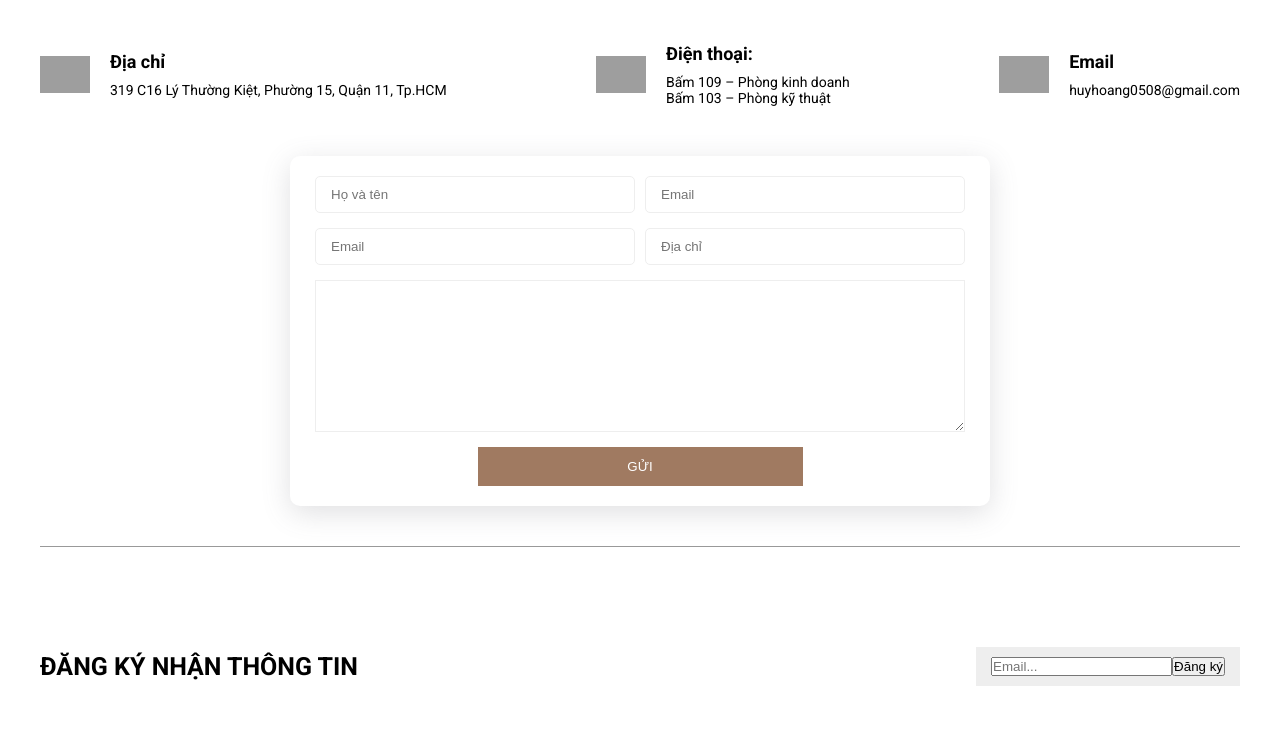
Repository: web345/WEBNANGCAO-clock-
Page: contact.html
These files come from the project's save history. The page is drawn as it stood at one moment and after the next save; the edit follows.
The browser window is 1280 px wide. The pictures show the part of the page from y = 678 to 1414 px (the page is 1414 px tall).
Pictures or frames that could not be fetched are drawn as grey boxes. Some web libraries are served in a nearby version.

Above is the page before, as saved 2021-09-10 20:51:05.

### contact.html
<!DOCTYPE html>
<html lang="en">
  <head>
    <meta charset="UTF-8" />
    <meta http-equiv="X-UA-Compatible" content="IE=edge" />
    <meta name="viewport" content="width=device-width, initial-scale=1.0" />
    <title>Document</title>
    <link rel="preconnect" href="https://fonts.gstatic.com" />
    <link
      href="https://fonts.googleapis.com/css2?family=Roboto:ital,wght@0,100;0,300;0,400;0,500;0,700;0,900;1,100;1,300;1,400;1,500;1,700;1,900&display=swap"
      rel="stylesheet"
    />
    <link rel="stylesheet" href="./CSS/index.css" />
    <link rel="stylesheet" href="./CSS/contact.css" />
    <link
      rel="stylesheet"
      href="https://cdnjs.cloudflare.com/ajax/libs/font-awesome/5.15.3/css/all.min.css"
    />
    <!-- thư viện slick slider  -->
    <link
      rel="stylesheet"
      type="text/css"
      href="//cdn.jsdelivr.net/npm/slick-carousel@1.8.1/slick/slick.css"
    />
  </head>
  <body>
    <header>
      <div class="header-1">
        <div class="container">
          <div class="header-1-s">
            <div class="header-1-item-1">
              <p class="header-1-item-text-1">
                <i class="fas fa-map-marker-alt icon"></i> 319 - C16 Lý Thường
                Kiệt, P.15, Q.11, Tp.HCM
              </p>
              <p class="header-1-item-text-1">
                <i class="fas fa-phone-alt icon"></i>
                <a href="" class="header-1-item-text-link">076 922 0162</a>
              </p>
            </div>
            <div class="header-1-item-1">
              <p class="header-1-item-text-2">
                <a href="" class="header-1-item-text-link"
                  ><i class="fab fa-facebook-f"></i
                ></a>
              </p>
              <p class="header-1-item-text-2">
                <a href="" class="header-1-item-text-link"
                  ><i class="fab fa-instagram"></i
                ></a>
              </p>
              <p class="header-1-item-text-2">
                <a href="" class="header-1-item-text-link"
                  ><i class="fab fa-twitter"></i
                ></a>
              </p>
            </div>
          </div>
        </div>
      </div>

      <div class="header-2">
        <div class="container">
          <div class="header-2-s">
            <div class="header-2-logo">
              <img src="./logo/logo-mona-2.png" alt="" />
            </div>

            <div class="header-2-search">
              <input type="text" placeholder="Tìm kiếm" />
              <button type="submit"><i class="fas fa-search"></i></button>
            </div>

            <div class="header-2-right">
              <p class="header-2-right-text">
                <a href=""><i class="fas fa-heart"></i></a>
              </p>
              <p class="header-2-right-cart">
                <span class="header-2-right-number">0</span>
              </p>
            </div>
          </div>
        </div>
      </div>

      <!-- lam phan icon de dropmenu khi responsive -->
      <input type="checkbox" id="toggle-menu" />
      <label for="toggle-menu" class="header-icon-responsive">
        <i class="fas fa-bars" id="header-icon1"></i>
        <i class="fas fa-times" id="header-icon2"></i>
      </label>
      <div class="header-3">
        <div class="header-3-s">
          <ul class="header-3-list">
            <li class="header-3-list-item active">
              <a href="./index.html" class="header-3-list-item-link"
                >Trang chủ</a
              >
            </li>
            <li class="header-3-list-item">
              <a href="./introduce.html" class="header-3-list-item-link"
                >Giới thiệu</a
              >
            </li>
            <li class="header-3-list-item">
              <a href="./product-boy.html" class="header-3-list-item-link"
                >đồng hồ nam</a
              >
            </li>
            <li class="header-3-list-item">
              <a href="./product-girl.html" class="header-3-list-item-link"
                >đồng hồ nữ</a
              >
            </li>
            <li class="header-3-list-item">
              <a href="./news.html" class="header-3-list-item-link">blogs</a>
            </li>
            <li class="header-3-list-item">
              <a href="./contact.html" class="header-3-list-item-link"
                >liên hệ</a
              >
            </li>
            <li class="header-3-list-item">
              <a href="" class="header-3-list-item-link">Đăng nhập</a>
            </li>
            <li class="header-3-list-item header-3-list-item-mobile">
              <div class="header-3-list-item-search">
                <input
                  type="text"
                  name=""
                  id=""
                  class="header-3-list-item-search-input"
                  placeholder="Tìm kiếm"
                />
                <button class="header-3-list-item-search-btn" type="submit">
                  <i class="fas fa-search"></i>
                </button>
              </div>
            </li>
          </ul>
        </div>
      </div>
    </header>
    <!-- hết phần header  -->

    <div class="contact">
      <div class="container">
        <div class="contact-maps">
          <div class="contact__maps-epu">
            <iframe
              src="https://www.google.com/maps/embed?pb=!1m18!1m12!1m3!1d3723.657060482336!2d105.78272751429809!3d21.04640359255304!2m3!1f0!2f0!3f0!3m2!1i1024!2i768!4f13.1!3m3!1m2!1s0x3135abb158a2305d%3A0x5c357d21c785ea3d!2zVHLGsOG7nW5nIMSQ4bqhaSBo4buNYyDEkGnhu4duIEzhu7Fj!5e0!3m2!1svi!2s!4v1631268219230!5m2!1svi!2s"
              width="1200"
              height="450"
              style="border: 0"
              allowfullscreen=""
              loading="lazy"
            ></iframe>
          </div>
        </div>
        <div class="contact-list">
          <div class="contact-item">
            <img src="./contact/contact1.PNG" alt="" class="contact-image" />
            <div class="contact-info">
              <h3 class="info-name">Địa chỉ</h3>
              <p class="info-desc">
                319 C16 Lý Thường Kiệt, Phường 15, Quận 11, Tp.HCM
              </p>
            </div>
          </div>
          <div class="contact-item">
            <img src="./contact/contact2.PNG" alt="" class="contact-image" />
            <div class="contact-info">
              <h3 class="info-name">Điện thoại:</h3>
              <p class="info-desc">Bấm 109 – Phòng kinh doanh</p>
              <p class="info-desc">Bấm 103 – Phòng kỹ thuật</p>
            </div>
          </div>
          <div class="contact-item">
            <img src="./contact/contact3.PNG" alt="" class="contact-image" />
            <div class="contact-info">
              <h3 class="info-name">Email</h3>
              <p class="info-desc">huyhoang0508@gmail.com</p>
            </div>
          </div>
        </div>
        <form action="#">
          <div class="form-group">
            <input type="text" class="contact-form" placeholder="Họ và tên" />
            <input type="text" class="contact-form" placeholder="Email" />
          </div>
          <div class="form-group">
            <input type="text" class="contact-form" placeholder="Email" />
            <input type="text" class="contact-form" placeholder="Địa chỉ" />
          </div>
          <div class="form-group">
            <textarea name="" id="" cols="30" rows="10"></textarea>
          </div>
          <button type="submit" class="btn-contact">Gửi</button>
        </form>
      </div>
    </div>

    <div class="email">
      <div class="container">
        <h3 class="sub-info">Đăng ký nhận thông tin</h3>
        <div class="email-sub">
          <input type="email" name="" id="" placeholder="Email..." />
          <button type="submit" class="btn-email">Đăng ký</button>
        </div>
      </div>
    </div>

    <!-- làm phần footer  -->
    <!-- <footer>
      <div class="container">
        <div class="footer-s">
          <div class="row2">
            <div class="footer-item footer-item-1">
              <h2 class="footer-item-tittle">THÔNG TIN LIÊN HỆ</h2>
              <div class="footer-item-list">
                <div class="footer-item-list-item">
                  <div class="footer-item-list-item-icon">
                    <i class="fas fa-map-marker-alt"></i>
                  </div>
                  <div class="footer-item-list-item-text">
                    <p>
                      <a href=""
                        >319 C16 Lý Thường Kiệt, Phường 15, Quận 11, Tp.HCM</a
                      >
                    </p>
                  </div>
                </div>

                <div class="footer-item-list-item">
                  <div class="footer-item-list-item-icon">
                    <i class="fas fa-phone-alt"></i>
                  </div>
                  <div class="footer-item-list-item-text">
                    <p><a href="">076 922 0162</a></p>
                  </div>
                </div>

                <div class="footer-item-list-item">
                  <div class="footer-item-list-item-icon">
                    <i class="fas fa-envelope-open-text"></i>
                  </div>
                  <div class="footer-item-list-item-text">
                    <p><a href="">demonhunterg@gmail.com mon@mona.media</a></p>
                  </div>
                </div>

                <div class="footer-item-list-item">
                  <div class="footer-item-list-item-icon">
                    <i class="fab fa-skype"></i>
                  </div>
                  <div class="footer-item-list-item-text">
                    <p><a href="">demonhunterp</a></p>
                  </div>
                </div>
              </div>
              <div class="footer-item-icon">
                <div class="footer-item-icon-item footer-item-icon-item-face">
                  <a href=""><i class="fab fa-facebook-f"></i></a>
                </div>
                <div class="footer-item-icon-item footer-item-icon-item-insta">
                  <a href=""><i class="fab fa-instagram"></i></a>
                </div>
                <div
                  class="footer-item-icon-item footer-item-icon-item-twitter"
                >
                  <a href=""><i class="fab fa-twitter"></i></a>
                </div>
                <div class="footer-item-icon-item footer-item-icon-item-wifi">
                  <a href=""><i class="fas fa-wifi"></i></a>
                </div>
                <div class="footer-item-icon-item footer-item-icon-item-linked">
                  <a href=""><i class="fab fa-linkedin-in"></i></a>
                </div>
              </div>
            </div>

            <div class="footer-item footer-item-1">
              <h2 class="footer-item-tittle">LIÊN KẾT</h2>
              <div class="footer-item-list">
                <div class="footer-item-list-item">
                  <div class="footer-item-list-item-text">
                    <p><a href="./introduce.html">Giới thiệu</a></p>
                  </div>
                </div>

                <div class="footer-item-list-item">
                  <div class="footer-item-list-item-text">
                    <p><a href="./product-boy.html">Đồng hồ nam</a></p>
                  </div>
                </div>

                <div class="footer-item-list-item">
                  <div class="footer-item-list-item-text">
                    <p><a href="./product-girl.html">Đồng hồ nữ</a></p>
                  </div>
                </div>

                <div class="footer-item-list-item">
                  <div class="footer-item-list-item-text">
                    <p><a href="./news.html">Blogs</a></p>
                  </div>
                </div>

                <div class="footer-item-list-item">
                  <div class="footer-item-list-item-text">
                    <p><a href="./contact.html">Liên hệ</a></p>
                  </div>
                </div>
              </div>
            </div>

            <div class="footer-item footer-item-1">
              <h2 class="footer-item-tittle">HỖ TRỢ</h2>
              <div class="footer-item-list">
                <div class="footer-item-list-item">
                  <div class="footer-item-list-item-text">
                    <p><a href="./introduce.html">Hướng dẫn mua hàng</a></p>
                  </div>
                </div>

                <div class="footer-item-list-item">
                  <div class="footer-item-list-item-text">
                    <p><a href="./introduce.html">Hướng dẫn thanh toán</a></p>
                  </div>
                </div>

                <div class="footer-item-list-item">
                  <div class="footer-item-list-item-text">
                    <p><a href="./introduce.html">Chính sách bảo hành</a></p>
                  </div>
                </div>

                <div class="footer-item-list-item">
                  <div class="footer-item-list-item-text">
                    <p><a href="./introduce.html">Chính sách đổi trả</a></p>
                  </div>
                </div>

                <div class="footer-item-list-item">
                  <div class="footer-item-list-item-text">
                    <p><a href="./contact.html">Tư vấn khách hàng</a></p>
                  </div>
                </div>
              </div>
            </div>

            <div class="footer-item footer-item-4">
              <h2 class="footer-item-tittle">TẢI ỨNG DỤNG TRÊN</h2>
              <div class="footer-item-list">
                <div class="footer-item-list-item">
                  <div class="footer-item-list-item-text">
                    <p>
                      <a href=""
                        >Ứng dụng Mona Watch hiện có sẵn trên Google Play & App
                        Store. Tải nó ngay.</a
                      >
                    </p>
                  </div>
                </div>

                <div class="footer-item-list-item">
                  <img
                    class="footer-item-list-item-img"
                    src="http://mauweb.monamedia.net/donghohaitrieu/wp-content/uploads/2019/07/img-googleplay.jpg"
                    alt=""
                  />
                </div>

                <div class="footer-item-list-item">
                  <img
                    class="footer-item-list-item-img"
                    src="http://mauweb.monamedia.net/donghohaitrieu/wp-content/uploads/2019/07/img-appstore.jpg"
                    alt=""
                  />
                </div>
              </div>
            </div>
          </div>
        </div>
      </div>
      <h3 class="footer-banquyen">Lương Ngọc Vinh - Nguyễn Huy Hoàng</h3>
    </footer> -->

    <!-- thư viện js của jquery -->
    <script src="https://cdnjs.cloudflare.com/ajax/libs/jquery/3.6.0/jquery.min.js"></script>
    <!-- thư viện js của AOS -->
    <script src="https://cdnjs.cloudflare.com/ajax/libs/aos/2.0.2/aos.js"></script>
    <script>
      AOS.init({
        offset: 120,
        duration: 500,
      });
    </script>
    <!-- thư viện js của slick slider -->
    <script
      type="text/javascript"
      src="//cdn.jsdelivr.net/npm/slick-carousel@1.8.1/slick/slick.min.js"
    ></script>
    <script>
      $(document).ready(function () {
        $(".single-item").slick({
          autoplay: true,
          autoplaySpeed: 2000,
          prevArrow: ".main-banner-arrow-left",
          nextArrow: ".main-banner-arrow-right",
        });

        $(".responsive").slick({
          dots: false,
          infinite: true,
          speed: 300,
          slidesToShow: 4,
          slidesToScroll: 4,
          prevArrow: ".main-3-tittle-arrow-left",
          nextArrow: ".main-3-tittle-arrow-right",
          autoplay: true,
          autoplaySpeed: 1500,
          responsive: [
            {
              breakpoint: 1024,
              settings: {
                slidesToShow: 3,
                slidesToScroll: 3,
                infinite: true,
                dots: false,
              },
            },
            {
              breakpoint: 680,
              settings: {
                slidesToShow: 2,
                slidesToScroll: 2,
              },
            },
            {
              breakpoint: 480,
              settings: {
                slidesToShow: 1,
                slidesToScroll: 1,
              },
            },
            // You can unslick at a given breakpoint now by adding:
            // settings: "unslick"
            // instead of a settings object
          ],
        });
      });
    </script>
  </body>
</html>

### CSS/contact.css
.contact {
  margin-top: 30px;
  margin-bottom: 100px;
}

.contact .container {
  border-bottom: 1px solid #999;
  padding-bottom: 40px;
}

.contact-list {
  margin-top: 40px;
  display: flex;
  justify-content: space-between;
}
.contact-item {
  display: flex;
  align-items: center;
}

.contact-item img {
  width: 50px;
  margin-right: 20px;
}

h3.info-name {
  font-size: 18px;
  margin-bottom: 10px;
}

form {
  max-width: 700px;
  width: 100%;
  margin: 50px auto 0;
  background-color: #fff;
  box-shadow: rgba(100, 100, 111, 0.2) 0px 7px 29px 0px;
  padding: 20px 25px;
  border-radius: 10px;
}

.form-group {
  display: flex;
  align-items: center;
  gap: 10px;
  margin-bottom: 15px;
}

.form-group input {
  width: 50%;
  padding: 10px 15px;
  outline: none;
  border: 1px solid #eee;
  border-radius: 5px;
  transition: all 0.25s linear;
}

.form-group input:focus,
.form-group textarea:focus {
  border-color: #3d6ef7;
}

.form-group textarea {
  width: 100%;
  outline: none;
  border: 1px solid #eee;
}

button.btn-contact {
  margin: 0 auto;
  padding: 12px 24px;
  width: 50%;
  display: block;
  outline: none;
  border: none;
  cursor: pointer;
  background-color: #a07a61;
  color: #fff;
  text-transform: uppercase;
  transition: all 0.25s linear;
}

button.btn-contact:hover {
  opacity: 0.6;
}

.email {
  margin-bottom: 50px;
}

.email .container {
  display: flex;
  justify-content: space-between;
  align-items: center;
}

h3.sub-info {
  text-transform: uppercase;
  font-size: 25px;
}

.email-sub {
  display: flex;
  align-items: center;
  padding: 10px 15px;
  background-color: #eee;
}

Loaded but not shown: CSS/index.css (1088 lines, source omitted)

After the next save:
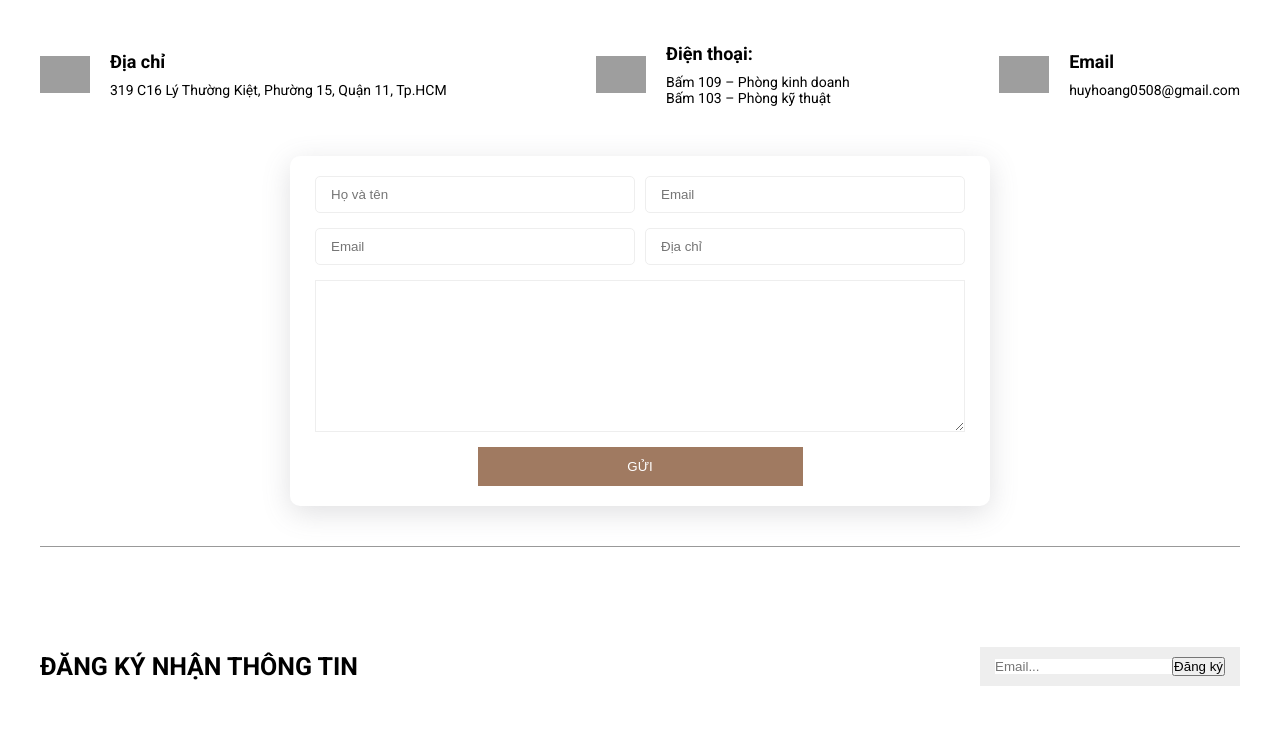
Saved 22 s later.
--- a/CSS/contact.css
+++ b/CSS/contact.css
@@ -104,3 +104,7 @@ h3.sub-info {
   padding: 10px 15px;
   background-color: #eee;
 }
+
+.email-sub input {
+  border: 0;
+}
